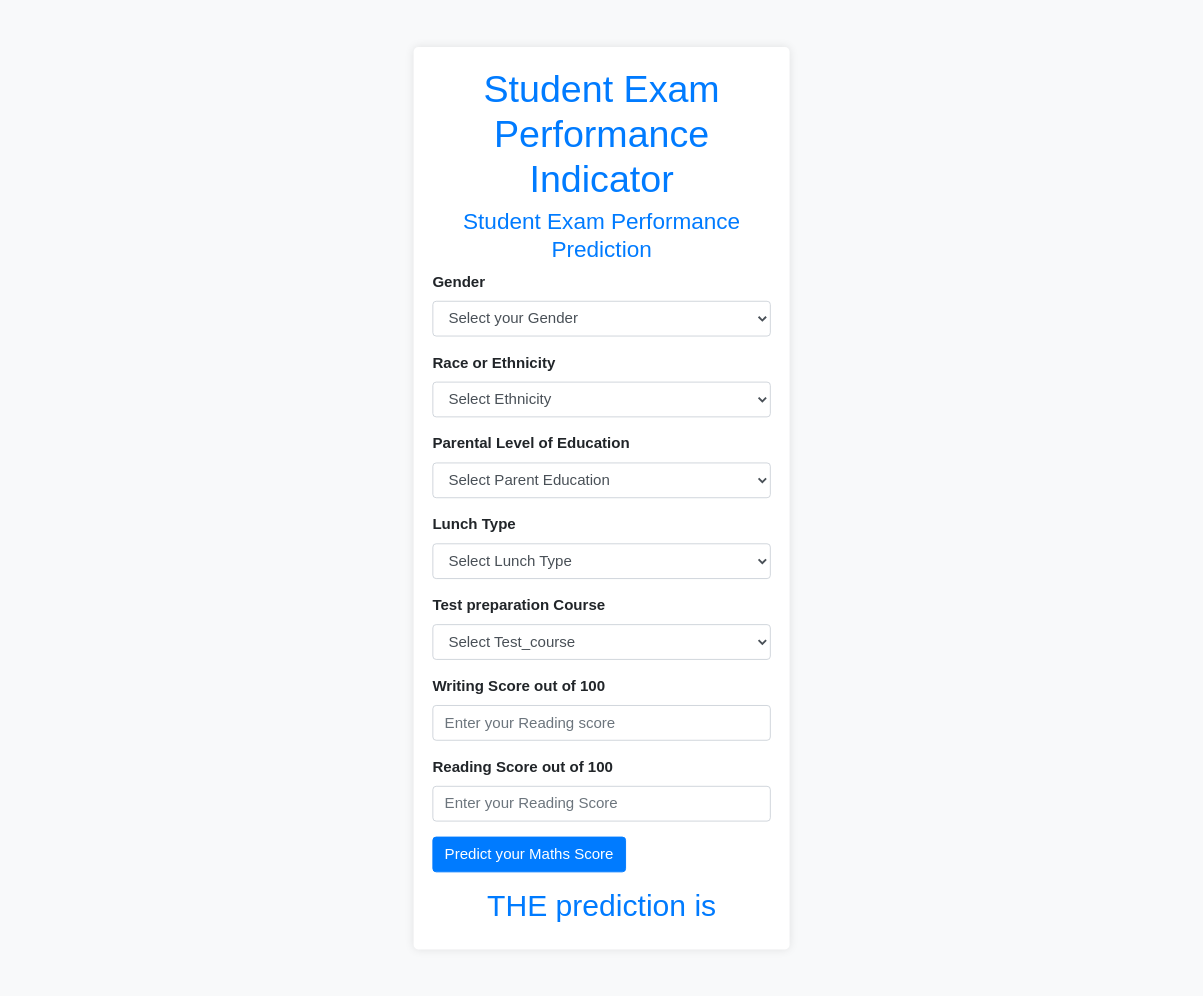
Repository: shaily29-eng/Performance-Indicator-ML
Page: http://localhost/predictdata
These files come from the project's save history. The page is drawn as it stood at one moment and after the next save; the edit follows.
The browser window is 1280 px wide. The pictures show the whole page, at 94% of full size.
The page is served by the project's application, run on Flask 3 (app.py). Other server files are loaded and not shown.

Above is the page before, as saved 2023-12-01 02:01:53.

### templates/home.html
<!DOCTYPE html>
<html lang="en">

<head>
    <meta charset="UTF-8">
    <meta name="viewport" content="width=device-width, initial-scale=1.0">
    <title>Student Exam Performance Indicator</title>
    <link rel="stylesheet" href="https://stackpath.bootstrapcdn.com/bootstrap/4.5.2/css/bootstrap.min.css">
    <style>
        body {
            background-color: #f8f9fa;
            font-family: 'Arial', sans-serif;
        }

        .login {
            max-width: 400px;
            margin: 50px auto;
            background-color: #fff;
            padding: 20px;
            border-radius: 5px;
            box-shadow: 0 0 10px rgba(0, 0, 0, 0.1);
        }

        .form-group {
            margin-bottom: 20px;
        }

        label {
            font-weight: bold;
        }

        .btn-primary {
            background-color: #007bff;
            border-color: #007bff;
        }

        .btn-primary:hover {
            background-color: #0056b3;
            border-color: #0056b3;
        }

        h1, h2 {
            text-align: center;
            color: #007bff;
        }
    </style>
</head>

<body>
    <div class="login">
       <h1>Student Exam Performance Indicator</h1>

       <form action="{{ url_for('predict_datapoint')}}" method="post">
        <h1>
            <legend>Student Exam Performance Prediction</legend>
        </h1>
        <div class="mb-3">
            <label class="form-label">Gender</label>
            <select class="form-control" name="gender" placeholder="Enter you Gender" required>
                <option class="placeholder" selected disabled value="">Select your Gender</option>
                <option value="male">
                    Male
                </option>
                <option value="female">
                    Female
                </option>
            </select>
        </div>
        <div class="mb-3">
            <label class="form-label">Race or Ethnicity</label>
            <select class="form-control" name="ethnicity" placeholder="Enter you ethnicity" required>
                <option class="placeholder" selected disabled value="">Select Ethnicity</option>
                <option value="group A">
                    Group A
                </option>
                <option value="group B">
                    Group B
                </option>
                <option value="group C">
                    Group C
                </option>
                <option value="group D">
                    Group D
                </option>
                <option value="group E">
                    Group E
                </option>
            </select>
        </div>
        <div class="mb-3">
            <label class="form-label">Parental Level of Education</label>
            <select class="form-control" name="parental_level_of_education"
                placeholder="Enter you Parent Education" required>
                <option class="placeholder" selected disabled value="">Select Parent Education</option>
                <option value="associate's degree">
                    associate's degree
                </option>
                <option value="bachelor's degree">
                    bachelor's degree
                </option>
                <option value="high school">
                    high school
                </option>
                <option value="master's degree">
                    master's degree
                </option>
                <option value="some college">
                    some college
                </option>
                <option value="some high school">
                    some high school
                </option>
            </select>
        </div>
        <div class="mb-3">
            <label class="form-label">Lunch Type</label>
            <select class="form-control" name="lunch" placeholder="Enter you Lunch" required>
                <option class="placeholder" selected disabled value="">Select Lunch Type</option>
                <option value="free/reduced">
                    free/reduced
                </option>
                <option value="standard">
                    standard
                </option>
            </select>
        </div>
        <div class="mb-3">
            <label class="form-label">Test preparation Course</label>
            <select class="form-control" name="test_preparation_course" placeholder="Enter you Course"
                required>
                <option class="placeholder" selected disabled value="">Select Test_course</option>
                <option value="none">
                    None
                </option>
                <option value="completed">
                    Completed
                </option>
            </select>
        </div>
        <div class="mb-3">
            <label class="form-label">Writing Score out of 100</label>
            <input class="form-control" type="number" name="reading_score"
                placeholder="Enter your Reading score" min='0' max='100' />
        </div>
        <div class="mb-3">
            <label class="form-label">Reading Score out of 100</label>
            <input class="form-control" type="number" name="writing_score"
                placeholder="Enter your Reading Score" min='0' max='100' />
        </div>
        <div class="mb-3">
            <input class="btn btn-primary" type="submit" value="Predict your Maths Score" required />
        </div>
    </form>
    <h2>
       THE  prediction is {{results}}
    </h2>
   <body>
</html>

### app.py
from flask import Flask, request, render_template
import numpy as np
import pandas as pd

from sklearn.preprocessing import StandardScaler
from src.pipeline.predict_pipeline import CustomData, PredictPipeline

application = Flask(__name__)

app = application

## Route for a home page


@app.route("/")
def index():
    return render_template("index.html")


@app.route("/predictdata", methods=["GET", "POST"])
def predict_datapoint():
    if request.method == "GET":
        return render_template("home.html")
    else:
        data = CustomData(
            gender=request.form.get("gender"),
            race_ethnicity=request.form.get("ethnicity"),
            parental_level_of_education=request.form.get("parental_level_of_education"),
            lunch=request.form.get("lunch"),
            test_preparation_course=request.form.get("test_preparation_course"),
            reading_score=float(request.form.get("writing_score")),
            writing_score=float(request.form.get("reading_score")),
        )
        pred_df = data.get_data_as_data_frame()
        print(pred_df)
        print("Before Prediction")

        predict_pipeline = PredictPipeline()
        print("Mid Prediction")
        results = predict_pipeline.predict(pred_df)
        print("after Prediction")
        return render_template("home.html", results=results[0])


if __name__ == "__main__":
    app.run(host="0.0.0.0")

After the next save:
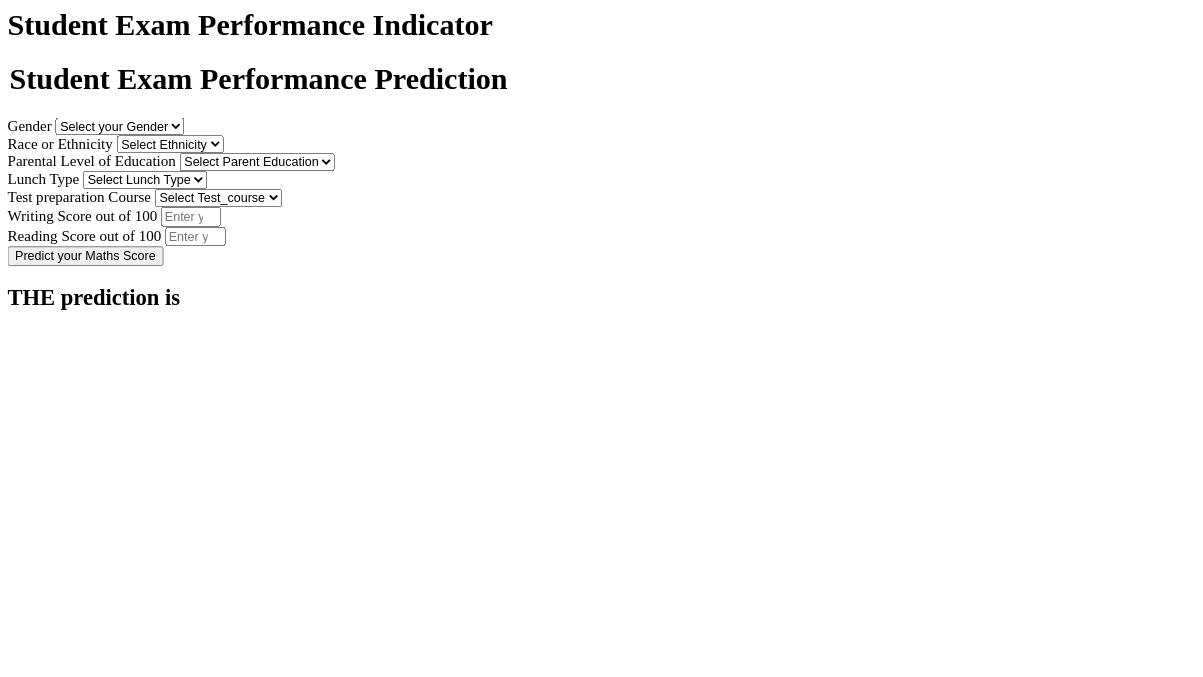
Saved 107 s later.
--- a/templates/home.html
+++ b/templates/home.html
@@ -1,51 +1,4 @@
-<!DOCTYPE html>
-<html lang="en">
-
-<head>
-    <meta charset="UTF-8">
-    <meta name="viewport" content="width=device-width, initial-scale=1.0">
-    <title>Student Exam Performance Indicator</title>
-    <link rel="stylesheet" href="https://stackpath.bootstrapcdn.com/bootstrap/4.5.2/css/bootstrap.min.css">
-    <style>
-        body {
-            background-color: #f8f9fa;
-            font-family: 'Arial', sans-serif;
-        }
-
-        .login {
-            max-width: 400px;
-            margin: 50px auto;
-            background-color: #fff;
-            padding: 20px;
-            border-radius: 5px;
-            box-shadow: 0 0 10px rgba(0, 0, 0, 0.1);
-        }
-
-        .form-group {
-            margin-bottom: 20px;
-        }
-
-        label {
-            font-weight: bold;
-        }
-
-        .btn-primary {
-            background-color: #007bff;
-            border-color: #007bff;
-        }
-
-        .btn-primary:hover {
-            background-color: #0056b3;
-            border-color: #0056b3;
-        }
-
-        h1, h2 {
-            text-align: center;
-            color: #007bff;
-        }
-    </style>
-</head>
-
+<html>
 <body>
     <div class="login">
        <h1>Student Exam Performance Indicator</h1>
